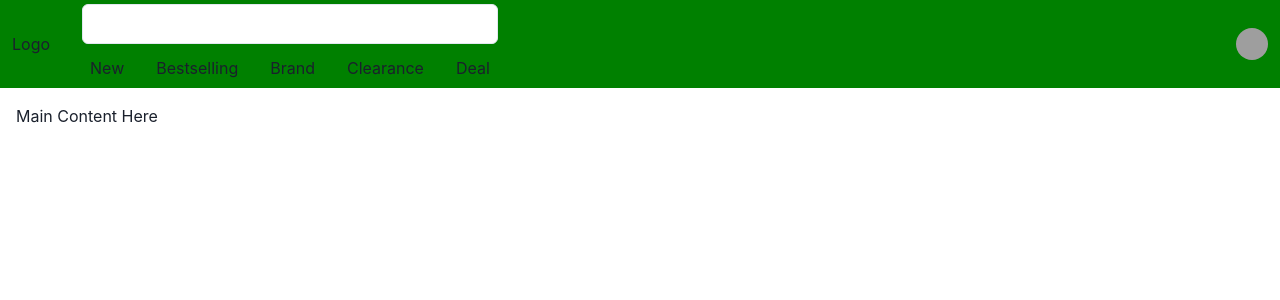
Repository: Vedprakas987/Shopee_cw24
Page: / (app in shopee_online/)
These files come from the project's save history. The page is drawn as it stood at one moment and after a run of saves; the edit follows.
The browser window is 1280 px wide. The pictures show the whole page.
Pictures or frames that could not be fetched are drawn as grey boxes. The project was rebuilt for these pictures with package versions that can differ from the ones it lists, and the page was loaded fresh each time.

Above is the page before, as saved 2022-12-15 21:18:34.

### shopee_online/src/index.js
import React from 'react';
import ReactDOM from 'react-dom/client';
import './index.css';
import App from './App';
import reportWebVitals from './reportWebVitals';
import { BrowserRouter } from 'react-router-dom';
import { ChakraProvider } from '@chakra-ui/react';
const root = ReactDOM.createRoot(document.getElementById('root'));
root.render(
  <ChakraProvider>
  <BrowserRouter>
    <App />
  </BrowserRouter>
  </ChakraProvider>

);

// If you want to start measuring performance in your app, pass a function
// to log results (for example: reportWebVitals(console.log))
// or send to an analytics endpoint. Learn more: https://bit.ly/CRA-vitals
reportWebVitals();

### shopee_online/src/App.js
import Navbar from "./Routes/Navbar";
function App() {
  return (
    <div className="App">
      <Navbar/>
    </div>
  );
}

export default App;

### shopee_online/src/Routes/Navbar.jsx
import { ReactNode } from 'react';
import { Input, VStack } from '@chakra-ui/react';
import {
  Box,
  Flex,
  Avatar,
  HStack,
  Link,
  IconButton,
  Button,
  Menu,
  MenuButton,
  MenuList,
  MenuItem,
  MenuDivider,
  useDisclosure,
  useColorModeValue,
  Stack,
} from '@chakra-ui/react';
import { HamburgerIcon, CloseIcon } from '@chakra-ui/icons';

const Links = ['New','Bestselling','Brand','Clearance','Deal'];

const NavLink = ({ children }) => (
  <Link
    px={2}
    py={1}
    rounded={'md'}
    _hover={{
      textDecoration: 'none',
      bg: useColorModeValue('gray.200', 'gray.700'),
    }}
    href={'#'}>
    {children}
  </Link>
);

export default function Navbar() {
  const { isOpen, onOpen, onClose } = useDisclosure();

  return (
    <>
      <Box bg={useColorModeValue('green', 'green')} px={7} padding="12px">
        <Flex h={16} alignItems={'center'} justifyContent={'space-between'}>
          <IconButton
            size={'md'}
            icon={isOpen ? <CloseIcon /> : <HamburgerIcon />}
            aria-label={'Open Menu'}
            display={{ md: 'none' }}
            onClick={isOpen ? onClose : onOpen}
          />
          <HStack spacing={8} alignItems={'center'}>
            <Box>Logo</Box>
            <VStack>
                <Input bg="white" color="black"/>
            <HStack
              as={'nav'}
              spacing={4}
              display={{ base: 'none', md: 'flex' }}>
              {Links.map((link) => (
                <NavLink key={link}>{link}</NavLink>
              ))}
            </HStack>
            </VStack>
          </HStack>

          <Flex alignItems={'center'}>
            <Menu>
              <MenuButton
                as={Button}
                rounded={'full'}
                variant={'link'}
                cursor={'pointer'}
                minW={0}>
                <Avatar
                  size={'sm'}
                  src={
                    'https://images.unsplash.com/photo-1493666438817-866a91353ca9?ixlib=rb-0.3.5&q=80&fm=jpg&crop=faces&fit=crop&h=200&w=200&s=b616b2c5b373a80ffc9636ba24f7a4a9'
                  }
                />
              </MenuButton>
              <MenuList>
                <MenuItem>Link 1</MenuItem>
                <MenuItem>Link 2</MenuItem>
                <MenuDivider />
                <MenuItem>Link 3</MenuItem>
              </MenuList>
            </Menu>
          </Flex>
        </Flex>

        {isOpen ? (
          <Box pb={4} display={{ md: 'none' }}>
            <Stack as={'nav'} spacing={4}>
              {Links.map((link) => (
                <NavLink key={link}>{link}</NavLink>
              ))}
            </Stack>
          </Box>
        ) : null}
      </Box>

      <Box p={4}>Main Content Here</Box>
    </>
  );
}

Loaded but not shown: shopee_online/public/index.html (common file); shopee_online/src/index.css (common file); shopee_online/src/reportWebVitals.js (common file)

After the next 4 saves:
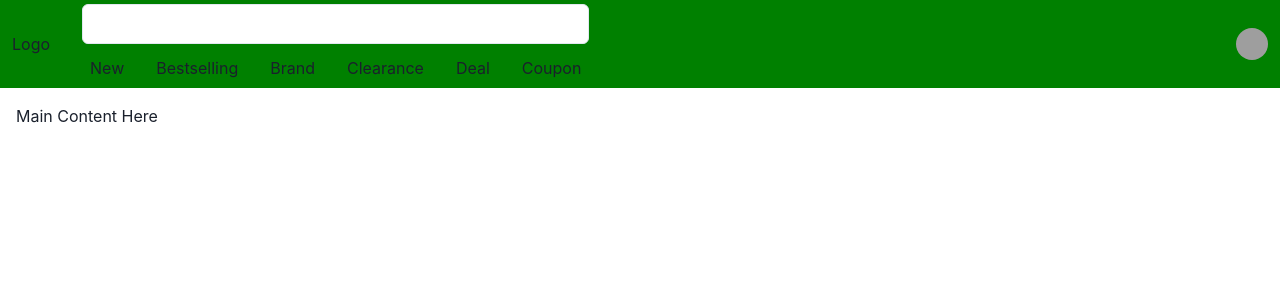
The 4 saves are shown as one change because they came seconds apart.
The last was saved 20 s later.
--- a/shopee_online/src/Routes/Navbar.jsx
+++ b/shopee_online/src/Routes/Navbar.jsx
@@ -19,7 +19,7 @@ import {
 } from '@chakra-ui/react';
 import { HamburgerIcon, CloseIcon } from '@chakra-ui/icons';
 
-const Links = ['New','Bestselling','Brand','Clearance','Deal'];
+const Links = ['New','Bestselling','Brand','Clearance','Deal','Coupon'];
 
 const NavLink = ({ children }) => (
   <Link
